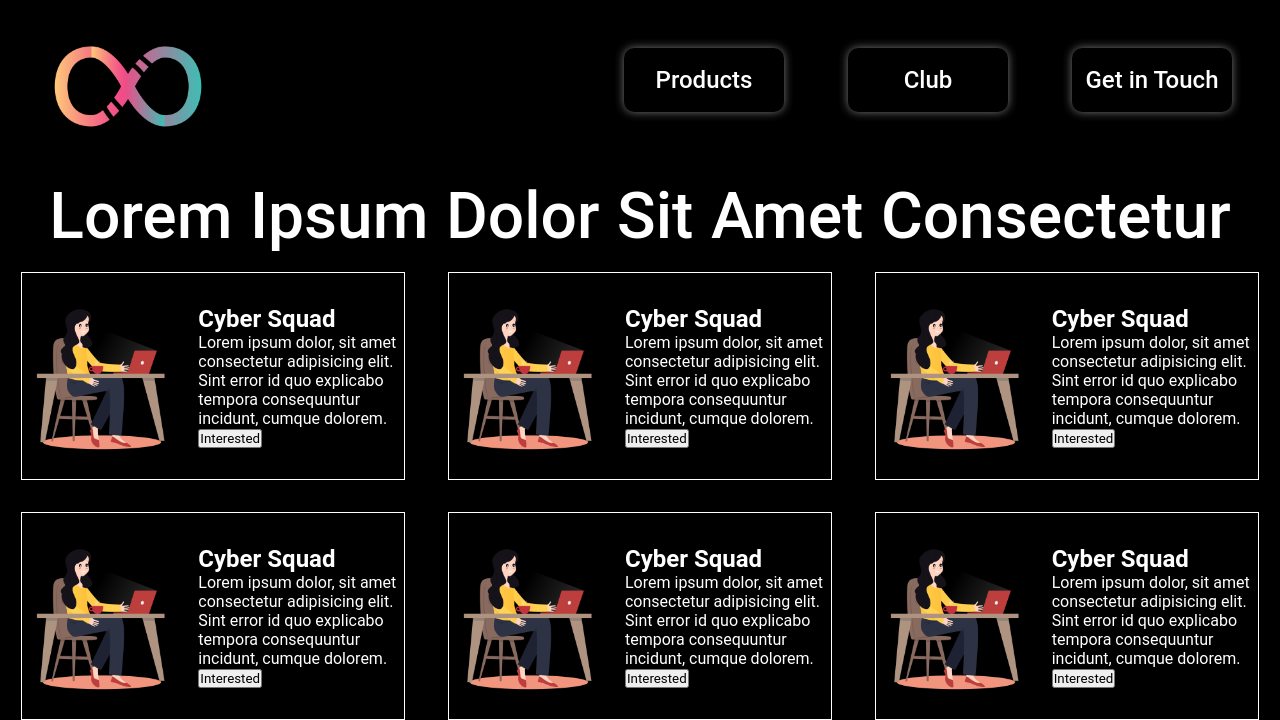
Repository: kapil4457/vizion-internship-project
Page: /
These files come from the project's save history. The page is drawn as it stood at one moment and after a run of saves; the edit follows.
The browser window is 1280 px wide. The pictures show the whole page.
The project was rebuilt for these pictures with package versions that can differ from the ones it lists, and the page was loaded fresh each time. Also part of the build but not shown: src/index.css.

Above is the page before, as saved 2022-10-29 10:07:43.

### public/index.html
<!DOCTYPE html>
<html lang="en">
  <head>
    <meta charset="utf-8" />
    <link rel="icon" href="%PUBLIC_URL%/favicon.ico" />
    <meta name="viewport" content="width=device-width, initial-scale=1" />
    <meta name="theme-color" content="#000000" />
    <meta
      name="description"
      content="Web site created using create-react-app"
    />
    <link rel="preconnect" href="https://fonts.googleapis.com">
    <link rel="apple-touch-icon" href="%PUBLIC_URL%/logo192.png" />
    <!--
      manifest.json provides metadata used when your web app is installed on a
      user's mobile device or desktop. See https://developers.google.com/web/fundamentals/web-app-manifest/
    -->
    <link rel="manifest" href="%PUBLIC_URL%/manifest.json" />
    <!--
      Notice the use of %PUBLIC_URL% in the tags above.
      It will be replaced with the URL of the `public` folder during the build.
      Only files inside the `public` folder can be referenced from the HTML.

      Unlike "/favicon.ico" or "favicon.ico", "%PUBLIC_URL%/favicon.ico" will
      work correctly both with client-side routing and a non-root public URL.
      Learn how to configure a non-root public URL by running `npm run build`.
    -->
    <title>React App</title>
  </head>
  <body>
    <noscript>You need to enable JavaScript to run this app.</noscript>
    <div id="root"></div>
    <!--
      This HTML file is a template.
      If you open it directly in the browser, you will see an empty page.

      You can add webfonts, meta tags, or analytics to this file.
      The build step will place the bundled scripts into the <body> tag.

      To begin the development, run `npm start` or `yarn start`.
      To create a production bundle, use `npm run build` or `yarn build`.
    -->
  </body>
</html>

### src/index.js
import React from 'react';
import ReactDOM from 'react-dom/client';
import './index.css';
import App from './App';
import reportWebVitals from './reportWebVitals';
import { BrowserRouter } from 'react-router-dom';
const root = ReactDOM.createRoot(document.getElementById('root'));
root.render(
  <BrowserRouter >
  <React.StrictMode>
    <App />
  </React.StrictMode>
  </BrowserRouter>
);

// If you want to start measuring performance in your app, pass a function
// to log results (for example: reportWebVitals(console.log))
// or send to an analytics endpoint. Learn more: https://bit.ly/CRA-vitals
reportWebVitals();

### src/App.js
import { Route, Routes } from 'react-router-dom';
import './App.css';
import Header from './components/Header/Header';
import Home from './components/Home/Home';

function App() {
  return (
   <>
<Header />
   <Routes>
<Route exact path='/' element={<Home />} />


   </Routes>



   </>
  );
}

export default App;

### src/App.css
*{
margin:0;
padding:0;
box-sizing: border-box;
font-family: 'Roboto', sans-serif;}

body{
  background-color: black;
  color : white;

}
a{
  text-decoration: none;;
  color:white;
}

.active{
  color:red;
}

### src/components/Header/Header.jsx
import React from "react";
import { NavLink } from "react-router-dom";
import Logo from "./logo.png";
import "./Header.css";
const Header = () => {
  return (
    <div className="main-header">
      <NavLink to="/" className="left-header">
        <img src={Logo} alt="" />
      </NavLink>
      <div className="right-header">
        <NavLink to="/products">Products</NavLink>
        <NavLink to="/club">Club</NavLink>
        <NavLink to="/contact">Get in Touch</NavLink>
      </div>
    </div>
  );
};

export default Header;

### src/components/Home/Home.jsx
import React from "react";
import { data } from "../../item";
import "./Home.css";
import HomeCard from "./HomeCard";
const Home = () => {
  return (
    <div className="main-home">
      <h2 className="heading">Lorem ipsum dolor sit amet consectetur</h2>

      <div className="home-card-container">
        {data.map((item, key) => (
          <HomeCard item={item} key={key} />
        ))}
      </div>
    </div>
  );
};

export default Home;

### src/components/Header/Header.css
.main-header{
    height:10rem;
    /* border:1px solid white */
    display:flex;
    justify-content: space-between;
    align-items: center;
    padding:0rem 3rem
}

.main-header > .left-header >img{
    height:10rem;

}

.main-header > .right-header
{
    display:flex;
    gap:4rem;
    font-size:1.5rem;
    font-weight:550
}

.main-header > .right-header>a{
    height:4rem;
    width:10rem;
    display:flex;
    justify-content: center;
   align-items: center;
   border-radius:10px;
   box-shadow: 0px 0px 10px rgba(243, 238, 238,0.5);
   transition: all 0.2s;
}
.main-header > .right-header>a:hover{

    box-shadow: 0px 0px 20px rgba(243, 238, 238,0.5);
    transform: scale(1.01);
   }

### src/item.js
export const data = [
    {
        title : "Cyber Squad",
        description : "Lorem ipsum dolor, sit amet consectetur adipisicing elit. Sint error id quo explicabo tempora consequuntur incidunt, cumque dolorem.        "
    },
    {
        title : "Cyber Squad",
        description : "Lorem ipsum dolor, sit amet consectetur adipisicing elit. Sint error id quo explicabo tempora consequuntur incidunt, cumque dolorem.        "
    },
    {
        title : "Cyber Squad",
        description : "Lorem ipsum dolor, sit amet consectetur adipisicing elit. Sint error id quo explicabo tempora consequuntur incidunt, cumque dolorem.        "
    },
    {
        title : "Cyber Squad",
        description : "Lorem ipsum dolor, sit amet consectetur adipisicing elit. Sint error id quo explicabo tempora consequuntur incidunt, cumque dolorem.        "
    },
    {
        title : "Cyber Squad",
        description : "Lorem ipsum dolor, sit amet consectetur adipisicing elit. Sint error id quo explicabo tempora consequuntur incidunt, cumque dolorem.        "
    },
    {
        title : "Cyber Squad",
        description : "Lorem ipsum dolor, sit amet consectetur adipisicing elit. Sint error id quo explicabo tempora consequuntur incidunt, cumque dolorem.        "
    }
]

### src/components/Home/Home.css
.main-home{
    color:white;
    width:100%;
    display: flex;
    flex-direction: column;


}

.main-home > h2{
    width:100%;
    height:7rem;
    display: flex;
    justify-content: center;
    align-items:center;
    font-size:4rem;
    word-spacing: 0.1rem;
    font-weight:450;
    text-transform: capitalize;

}


.main-home > .home-card-container{
    display:grid;
    grid-template-columns: 1fr 1fr 1fr;
    row-gap: 2rem;
    place-items: center;


}

### src/components/Home/HomeCard.jsx
import React from "react";
import "./HomeCard.css";
import Image from "./cardImage.png";
const HomeCard = ({ item }) => {
  return (
    <div className="home-card">
      <img src={Image} alt="" />
      <div className="card-info">
        <h2>{item.title}</h2>
        <p>{item.description}</p>
        <button>Interested</button>
      </div>
    </div>
  );
};

export default HomeCard;

### src/components/Home/HomeCard.css
.home-card{
    width:90%;
    border:1px solid white;
    height:13rem;
    display:flex;
    gap:1rem;
    align-items: center;
}
.home-card>img{
    height:10rem;

}

Loaded but not shown: src/reportWebVitals.js (common file)

After the next 2 saves:
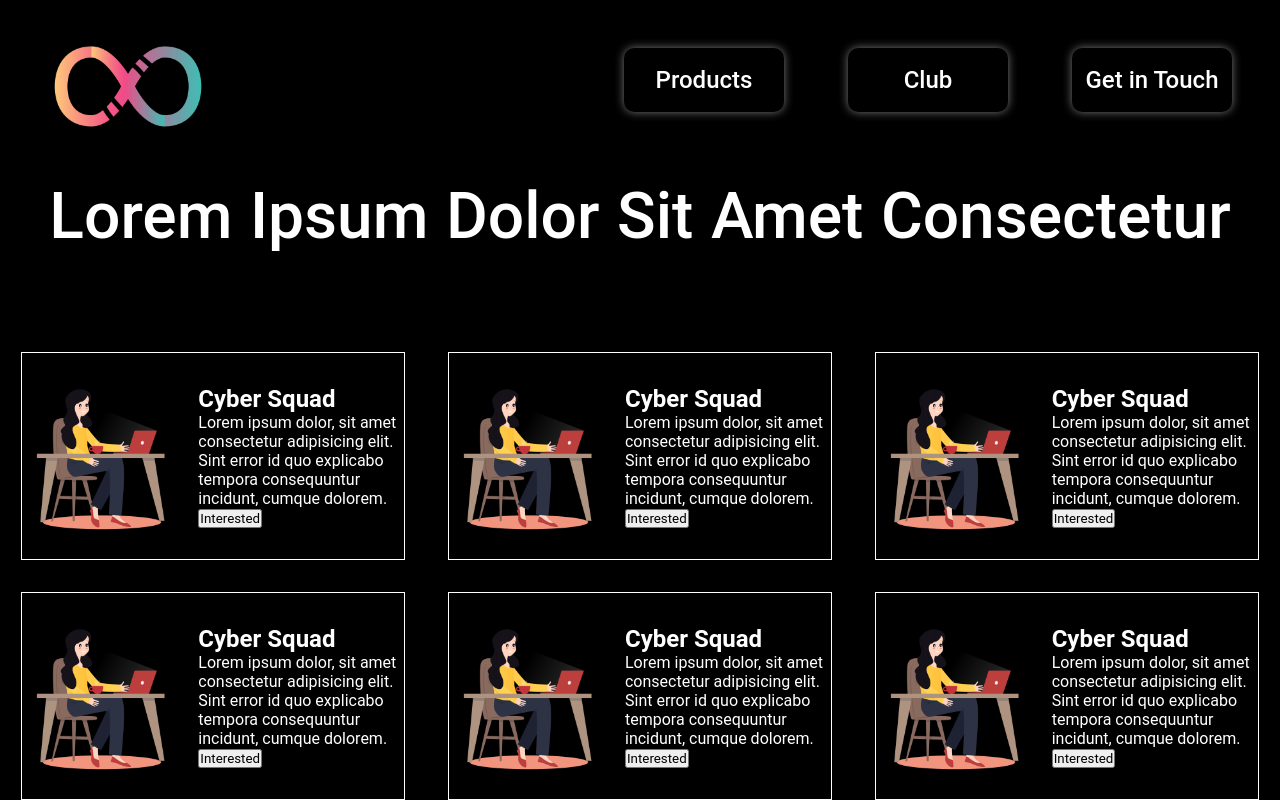
The 2 saves are shown as one change because they came seconds apart.
The last was saved 9 s later.
--- a/src/components/Home/Home.css
+++ b/src/components/Home/Home.css
@@ -4,6 +4,7 @@
     display: flex;
     flex-direction: column;
 
+    gap:5rem
 
 }
 
